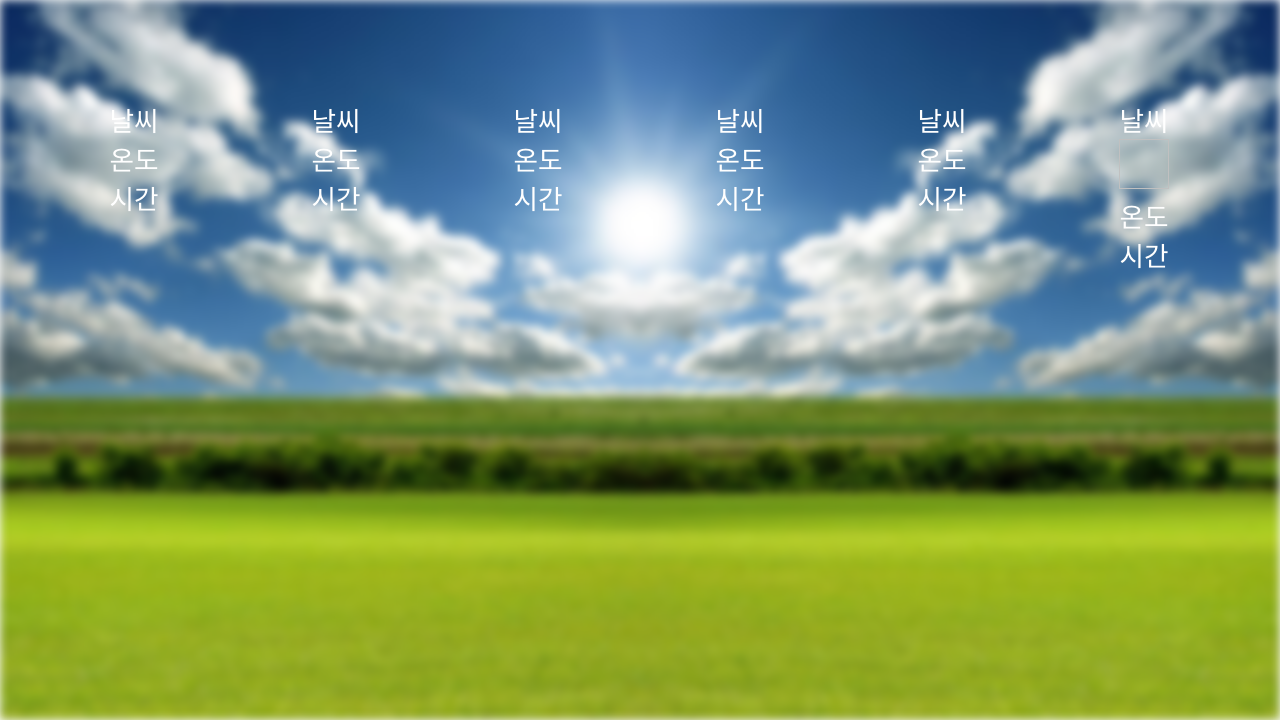
Repository: RyoTTa/4-1-Web-Programming
Page: SoloProject/Project/WebContent/index.html
An editor plug-in stored every save of this project. The page is shown before and after the next save, followed by the edit.
The browser window is 1280 px wide. The pictures show the whole page.
The page's requests for data from a server got no answer.

Above is the page before, as saved 2020-05-05 15:31:36.

### SoloProject/Project/WebContent/index.html
<!DOCTYPE html>
<html>
<head>
	<meta charset="UTF-8">
	<script src="https://ajax.googleapis.com/ajax/libs/jquery/3.4.1/jquery.min.js"></script>
	<link type="text/css" rel="stylesheet" href="background.css"></link>
	<title>Insert title here</title>
</head>
<body>
	<div>
		<center>
			<div><h2 id="current_time" ></h2></div>
			<div><h1 id="current_weather"></h1></div>
			<div id="current_temp"></div>
		</center>
	</div>
	<div class="forecast_layer_outter">
		<div class="forecast_layer_inner">
			<div class="forecast_contents">
				<div class="box">
					<div id="box1_weather">날씨</div>
					<div id="box1_weather_icon"></div>
					<div id="box1_temp">온도</div>
					<div id="box1_time">시간</div>
				</div>
				<div class="box">
					<div id="box2_weather">날씨</div>
					<div id="box2_weather_icon"></div>
					<div id="box2_temp">온도</div>
					<div id="box2_time">시간</div>
				</div>
				<div class="box">
					<div id="box3_weather">날씨</div>
					<div id="box3_weather_icon"></div>
					<div id="box3_temp">온도</div>
					<div id="box3_time">시간</div>
				</div>
				<div class="box">
					<div id="box4_weather">날씨</div>
					<div id="box4_weather_icon"></div>
					<div id="box4_temp">온도</div>
					<div id="box4_time">시간</div>
				</div>
				<div class="box">
					<div id="box5_weather">날씨</div>
					<div id="box5_weather_icon"></div>
					<div id="box5_temp">온도</div>
					<div id="box5_time">시간</div>
				</div>
				<div class="box">
					<div id="box6_weather">날씨</div>
					<img id="box6_weather_icon_image" width="50px" height="50px">
					<div id="box6_temp">온도</div>
					<div id="box6_time">시간</div>
				</div>
			</div>
		</div>
	</div>


   	<!----script 부분---->
	<script>
		function parseWeather(){
			forecast_loadJSON(function(response){
				var jsonData = JSON.parse(response);
				var date = new Date(jsonData["list"][0]["dt_txt"]);
				date.setHours(date.getHours()+9)
				for(i = 0; i<7 ;i++){
					var imgURL = "http://openweathermap.org/img/w/" + jsonData["list"][i]["weather"][0]["icon"] + ".png"
					$("#box"+i+"_weather").text(jsonData["list"][i]["weather"][0]["main"]);
					$("#box"+i+"_weather_icon_image").attr("src", imgURL);
					$("#box"+i+"_temp").text(Math.floor((jsonData["list"][i]["main"]["temp"] - 273.15))+"°C");
					$("#box"+i+"_time").text(date.getDate()+"일 "+date.getHours()+"시");
					date.setHours(date.getHours()+3);
				}

			});

			weather_loadJSON(function(response){
				var jsonData = JSON.parse(response);
				var date = new Date();
				$("#current_time").text(date.getMonth()+"월 "+date.getDate()+"일 "+date.getHours()+"시");
				$("#current_temp").text((jsonData["main"]["temp"] - 273.15)+"°C");
				$("#current_weather").text(jsonData["weather"][0]["main"]);
			});
		}


		function forecast_loadJSON(callback){
			var apiURL ="http://api.openweathermap.org/data/2.5/forecast?q=Daegu,KR&cnt=7&appid=dc8d5f394054b66bd905f0d24fc95a3d "
			var request = new XMLHttpRequest();
			request.overrideMimeType("application/json");
			request.open('GET',apiURL, true);

			request.onreadystatechange = function(){
				if(request.readyState == 4 && request.status =="200"){
					callback(request.responseText);
				}
			};
			request.send(null);
		}


		function weather_loadJSON(callback){
			var apiURL ="http://api.openweathermap.org/data/2.5/weather?q=Daegu,KR&appid=dc8d5f394054b66bd905f0d24fc95a3d "
			var request = new XMLHttpRequest();
			request.overrideMimeType("application/json");
			request.open('GET',apiURL, true);

			request.onreadystatechange = function(){
				if(request.readyState == 4 && request.status =="200"){
					callback(request.responseText);
				}
			};
			request.send(null);
		}
		window.onload = function(){
			parseWeather();
		}

	</script>

</body>
</html>

### SoloProject/Project/WebContent/background.css
body::before {
	position: fixed;
	top: 0;
	left: 0;
	right: 0;
	bottom: 0;
	background-image: url("./background/clean.jpg");
	background-size: cover;
	-webkit-filter: blur(5px);
	-moz-filter: blur(5px);
	-o-filter: blur(5px);
	-ms-filter: blur(5px);
	filter: blur(5px);
	z-index: -1;
	content: "";
}
#current_time{
	color :white;
}
#current_weather{
	color :white;
}
#current_temp{
	color :white;
	font-size: 200pt;
}

.forecast_layer_outter{
	margin-top:100px;
	display : table;
	width : 100%;
	height : 100%;
}
.forecast_layer_inner{
	display : table-cell;
	text-align: center;
	vertical-align:middle;
}
.forecast_contents{
	display : inline-block;
}
.box{
	width : 200px;
	height : 200px;
	color: #fff;
	font-size:20pt;
	text-align:center;
	float:left;
	margin-right:2px;
}

After the next save:
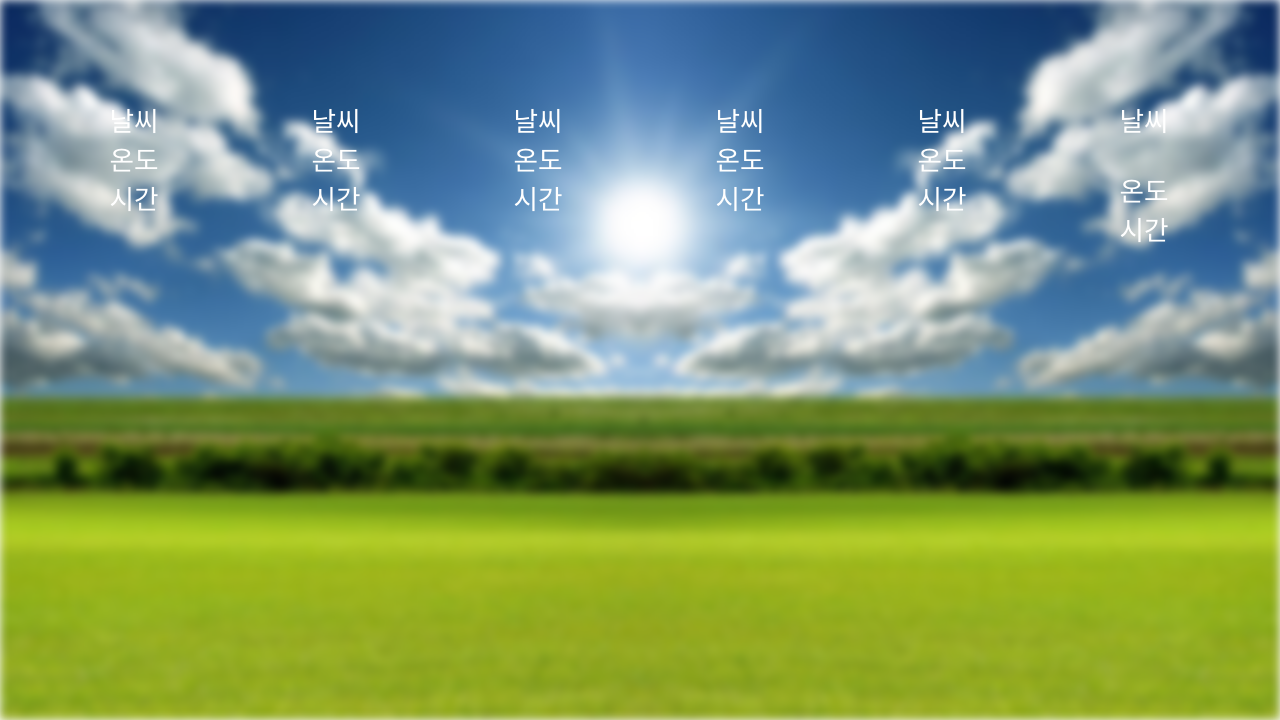
Saved 95 s later.
--- a/SoloProject/Project/WebContent/index.html
+++ b/SoloProject/Project/WebContent/index.html
@@ -49,7 +49,7 @@
 				</div>
 				<div class="box">
 					<div id="box6_weather">날씨</div>
-					<img id="box6_weather_icon_image" width="50px" height="50px">
+					<img id="box6_weather_icon_image" class= "box_icon_image">
 					<div id="box6_temp">온도</div>
 					<div id="box6_time">시간</div>
 				</div>

After the save that followed:
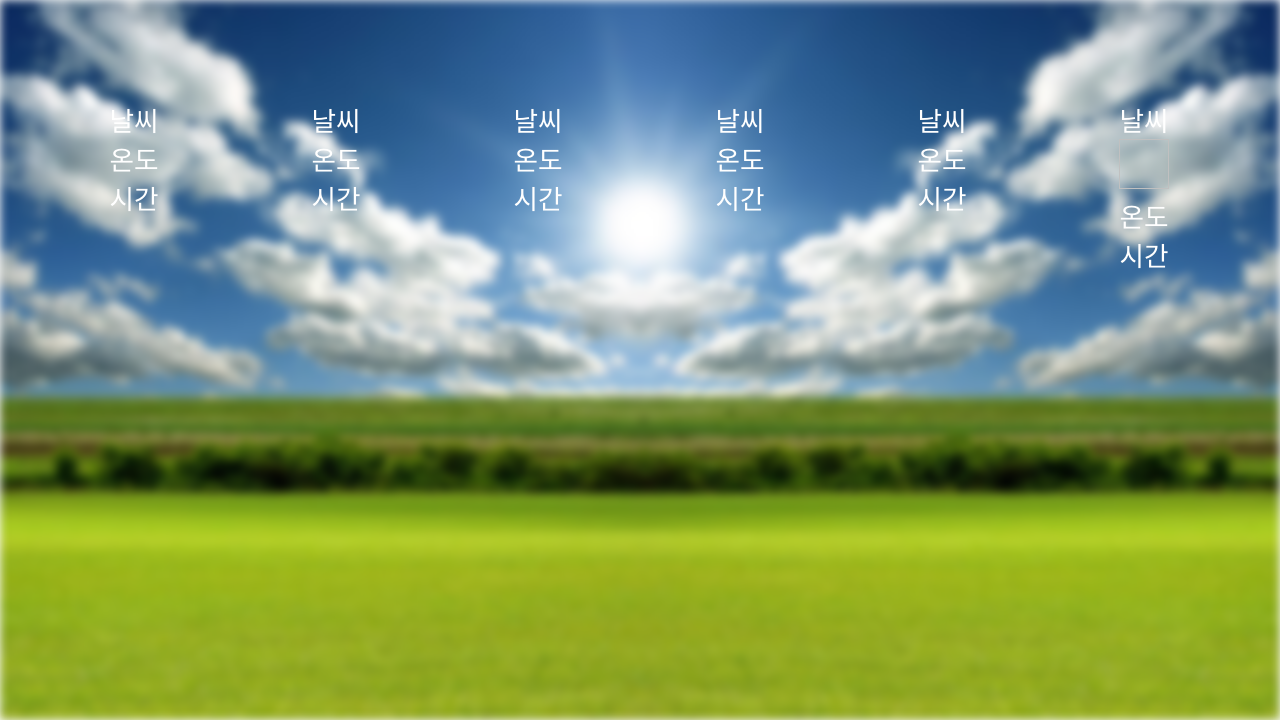
Saved 32 s later.
--- a/SoloProject/Project/WebContent/background.css
+++ b/SoloProject/Project/WebContent/background.css
@@ -48,3 +48,7 @@ body::before {
 	float:left;
 	margin-right:2px;
 }
+.box_icon_image{
+	width: 50px;
+	height: 50px;
+}
